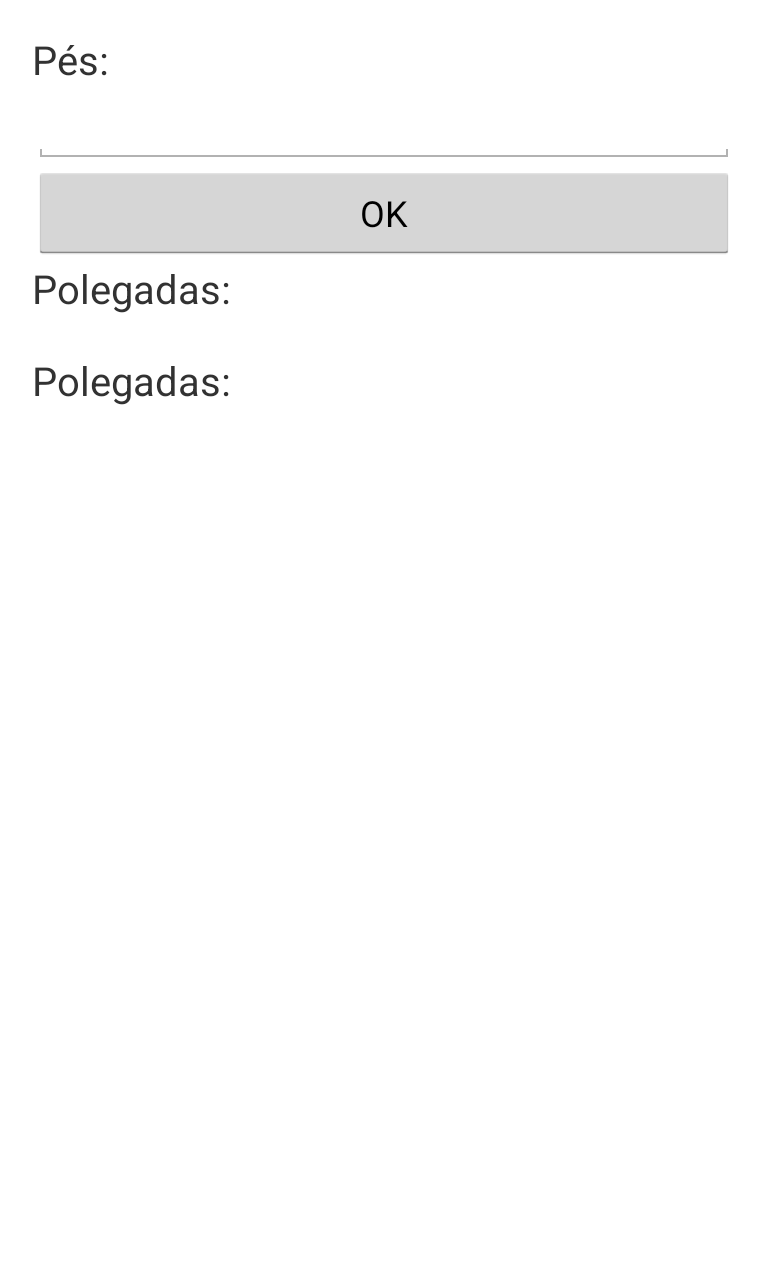
Repository: erickluz/Android
Layout: ConversaoDistancia/res/layout/activity_main.xml
The author's editor kept a copy of each file at every save. The layout is drawn from the files as they stood at one save, then again after the next save.
It is drawn on a 768 x 1280 px phone screen (xhdpi) without system bars, with theme AppTheme; the app's code is not run.

Above is the layout before, as saved 2016-03-15 00:44:10.

After the next save:
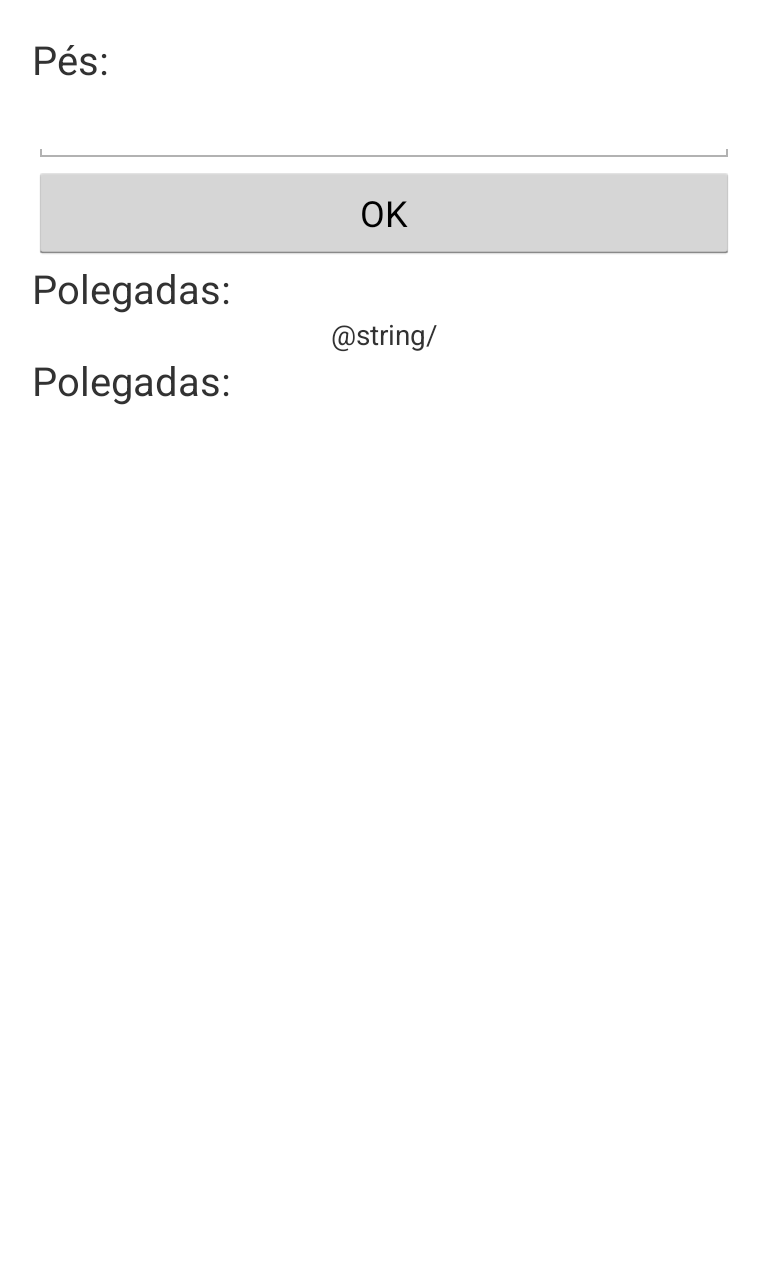
Saved 68 s later.
--- a/ConversaoDistancia/res/layout/activity_main.xml
+++ b/ConversaoDistancia/res/layout/activity_main.xml
@@ -39,7 +39,8 @@
         android:id="@+id/lblPolegadas"
         android:layout_width="fill_parent"
         android:layout_height="wrap_content"
-        android:gravity="center"/>
+        android:gravity="center"
+        android:text="@string/"/>
 
      <TextView
         android:layout_width="wrap_content"
